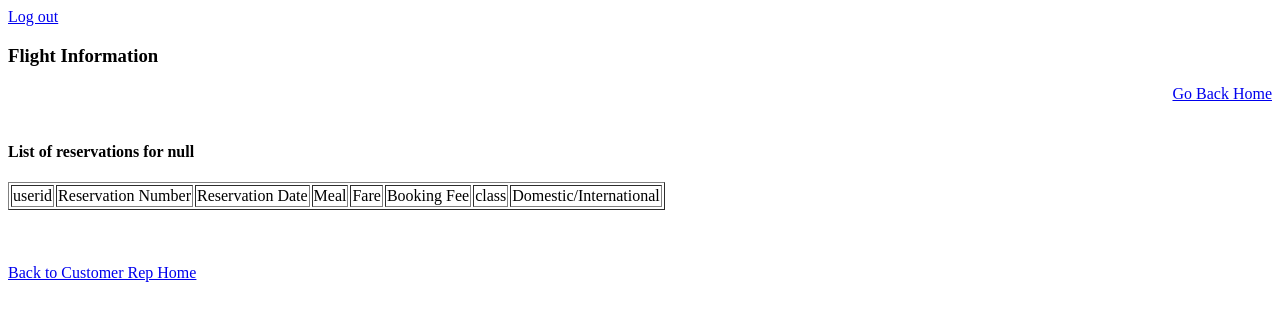
Repository: Pheazon/data_management
Page: http://localhost/cs336Final/reservationFlightNumber.jsp
An editor plug-in stored every save of this project. The page is shown before and after the next save, followed by the edit.
The browser window is 1280 px wide. The pictures show the whole page.
The page is served by Tomcat 9. The database holds what the project's SQL file puts in it.

Above is the page before, as saved 2019-12-12 04:26:38.

After the next save:
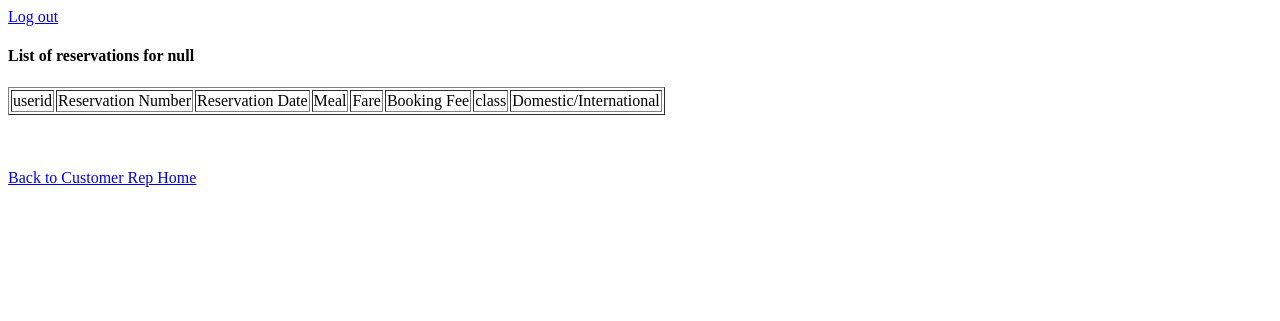
Saved 2 min 31 s later.
--- a/cs336Final/WebContent/reservationFlightNumber.jsp
+++ b/cs336Final/WebContent/reservationFlightNumber.jsp
@@ -18,11 +18,9 @@
 <a href='logout.jsp'>Log out</a>
 
 
-<h3>Flight Information</h3>
-<div align='right'><a href="success.jsp">Go Back Home</a></div> <br>
 
 <h4>List of reservations for
-<%=request.getParameter("flightNumber")%>
+<%=request.getParameter("FlightNumber")%>
 </h4>
 
 <%
